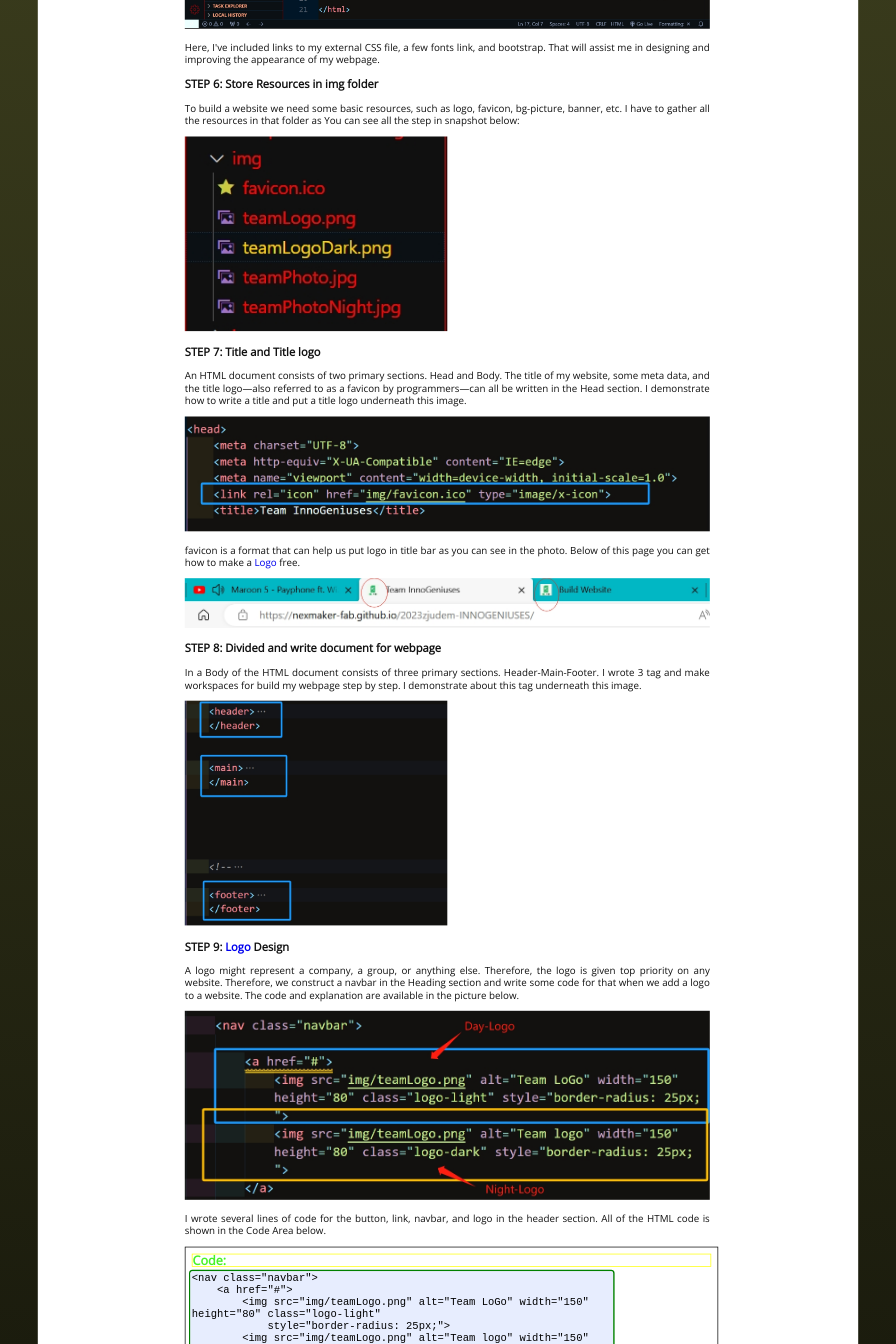
Repository: NexMaker-Fab/2023zjudem-INNOGENIUSES
Page: build web/page1.html
An editor plug-in stored every save of this project. The page is shown before and after the next save, followed by the edit.
The browser window is 1280 px wide. The pictures show the part of the page from y = 4580 to 6500 px (the page is 11099 px tall), at 70% of full size.
An inner scrolling area shows only its first screen.

Above is the page before, as saved 2023-11-27 20:29:58.

After the next save:
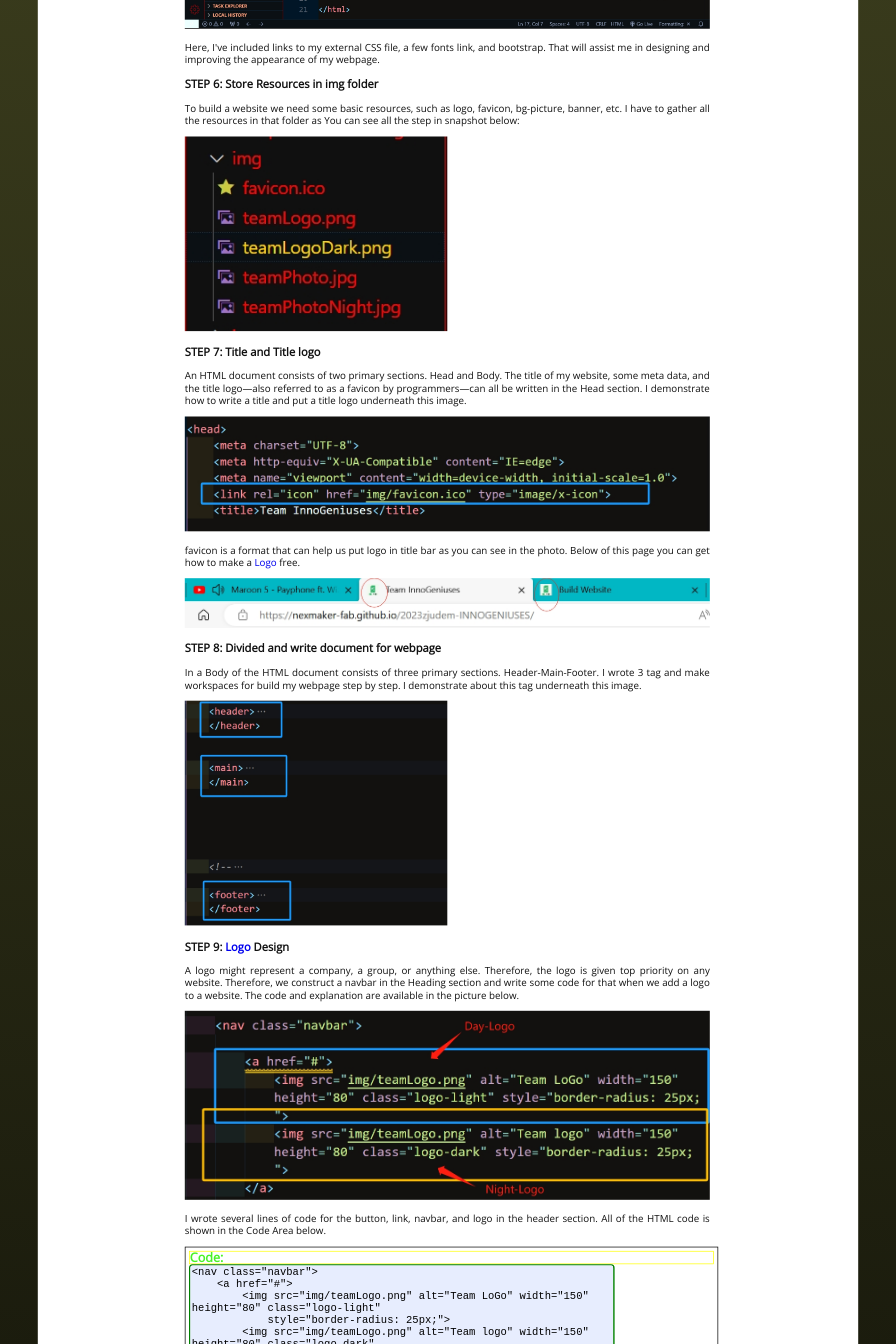
Saved 24 s later.
--- a/build web/styles.css
+++ b/build web/styles.css
@@ -450,7 +450,6 @@ ul#topnav li a:hover {
     font-size: 18px;
     font-weight: 600;
     color: rgb(72, 242, 38);
-    margin: 4px;
     border: 1px solid yellow;
 }
 
